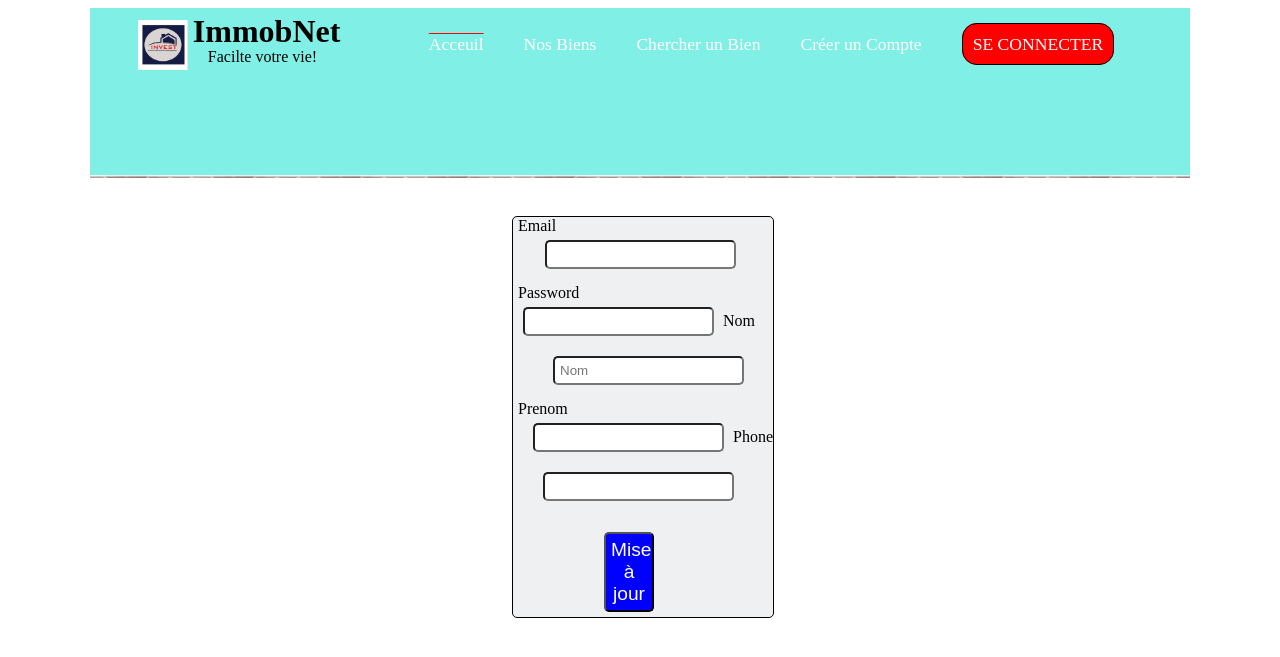
Repository: hassen-mnejja/Real_Estate_Agency_Website
Page: http://localhost/frontoffice/Personnel
An editor plug-in stored every save of this project. The page is shown before and after the next save, followed by the edit.
The browser window is 1280 px wide. The pictures show the whole page.
The page is served by Tomcat 9. Other server files are loaded and not shown.

Above is the page before, as saved 2020-06-26 17:37:14.

### frontoffice/WebContent/WEB-INF/personnel.jsp
<%@ page pageEncoding="UTF-8" %>
<%@ taglib uri="http://java.sun.com/jsp/jstl/core" prefix="c" %>
<!DOCTYPE html>
<html>
    <head>
        <meta charset="utf-8" />
        <link rel="stylesheet" href="style50.css" />
        <title>Acceuil</title>
    </head>
    <body>

         <div id="bloc_page">
        	<header>
        		<div id="logo">
        	    <img src="invest-image.png" title="Avec ImmobNet Trouvez ce que vous conviendrez" >
        	    <h1>ImmobNet</h1>
        	    <p>Facilte votre vie!</p>
        	    </div>
                <nav>
                	<ul>
                		<li><a href="Acceuil" ><span class="acceuil">Acceuil</span></a></li>
                		<li><a href="#">Nos Biens </a>
                		<ul class="down">
                			<li><a href="Image?nombre=2">Maison</a></li>
                			<li><a href="Image?nombre=1">Appartement</a></li>
                			<li><a href="Image?nombre=3">Studio</a></li>
                            <li><a href="Image?nombre=4">Emplacement</a></li>
                        </ul></li>
                		<li><a href="Image"> Chercher un Bien</a></li>

                		<c:choose>
                		<c:when test="${id==0 }">
                		<li ><a href="Image" > Créer un Compte</a></li>

                		<li class="blanc"><a href="User" class="couleur"> SE CONNECTER</a></li>
                		</c:when>

                		<c:otherwise>

                		<li><a href="Visite"> Visiter Mon compte</a></li>
                		 <li class="blanc"><a href="Deconnexion" class="couleur"> SE Déconnecter</a></li>


                		</c:otherwise>
                		</c:choose>


                    </ul>
                </nav>
            </header>


    <form method="post" action="Personnel">

    <span>
     <label for="inputEmail4">Email</label>
 </span>
    <input type="email" class="form-control" id="inputEmail4" name="email" value="${email }" required>


    <label for="inputPassword4">Password</label>
    <input type="password" class="form-control" id="inputPassword4" name="pwd1" value="${pwd1 }" required>
    <label for="inputAddress2">Nom</label>
    <input type="text" class="form-control" id="inputAddress2" placeholder="Nom" name="nom" value="${nom }" required>
    <label for="inputCity">Prenom</label>
    <input type="text" class="form-control" id="inputCity" name="prenom" value="${prenom }" required>
    <label for="inputZip">Phone</label>
    <input type="text" class="form-control" id="inputcity" name="num" value="${numtel}" required><br>
    <p>${message }</p>
    <button type="submit" class="btn btn-primary" style="width:50px">Mise à jour</button>
    </form>
    </div>
    </body>
</html>

### frontoffice/src/com/please/Personnel.java
package com.please;

import java.io.IOException;

import javax.servlet.ServletException;
import javax.servlet.http.HttpServlet;
import javax.servlet.http.HttpServletRequest;
import javax.servlet.http.HttpServletResponse;

import com.stp.Utilisateur;

public class Personnel extends HttpServlet {
	private static final long serialVersionUID = 1L;

	public Personnel() {
		super();

	}

	@Override
	protected void doGet(HttpServletRequest request, HttpServletResponse response) throws ServletException, IOException {
		request.setAttribute("pwd1", Utilisateur.password);
		request.setAttribute("nom", Utilisateur.nom);
		request.setAttribute("prenom", Utilisateur.prenom);
		request.setAttribute("numtel", Utilisateur.numtel);
		request.setAttribute("email", Utilisateur.email);
		request.setAttribute("id", Utilisateur.id);
		request.getRequestDispatcher("/WEB-INF/personnel.jsp").forward(request, response);
	}

	@Override
	protected void doPost(HttpServletRequest request, HttpServletResponse response) throws ServletException, IOException {
		String email = request.getParameter("email");
		String pwd = request.getParameter("pwd1");
		String nom = request.getParameter("nom");
		String prenom = request.getParameter("prenom");
		String tel = request.getParameter("num");
		String message;
		if (email == null && pwd == null && nom == null && prenom == null && tel == null) {
			message = "entrez-vous votre nouveaux coordonnes ";
		} else {
			Utilisateur u = new Utilisateur();
			boolean flag = u.UpdateClient(request);
			if (flag) {
				message = "la mise a jour est valid�";
				Utilisateur.email = request.getParameter("email");
				Utilisateur.password = request.getParameter("pwd1");
				Utilisateur.nom = request.getParameter("nom");
				Utilisateur.numtel = request.getParameter("num");
				// request.setAttribute("message", message);
			} else {
				message = "La mises a jour est echou� !! ";
				// request.setAttribute("message", message);
			}
		}
		request.setAttribute("pwd1", Utilisateur.password);
		request.setAttribute("nom", Utilisateur.nom);
		request.setAttribute("prenom", Utilisateur.prenom);
		request.setAttribute("numtel", Utilisateur.numtel);
		request.setAttribute("email", Utilisateur.email);
		request.setAttribute("message", message);
		request.setAttribute("id", Utilisateur.id);
		request.getRequestDispatcher("/WEB-INF/personnel.jsp").forward(request, response);
	}

}

### frontoffice/src/com/stp/Utilisateur.java
package com.stp;

import java.sql.Connection;
import java.sql.DriverManager;
import java.sql.PreparedStatement;
import java.sql.ResultSet;
import java.sql.SQLException;
import java.sql.Statement;
import java.util.ArrayList;
import java.util.List;

import javax.servlet.http.HttpServletRequest;

public class Utilisateur {
	public static int id;
	public static int bien;
	public static int entrer;
	public static String nom;
	public static String prenom;
	public static String email;
	public static String numtel;
	public static String password;
	public static List<String[]> listefavoris = new ArrayList<String[]>();
	private Connection connexion;
	private Statement st;
	private ResultSet rs;

	private void loadDatabase() {

		try {
			Class.forName("com.mysql.jdbc.Driver");
		} catch (ClassNotFoundException e) {}

		try {
			String url = "jdbc:mysql://localhost:3306/agence?useUnicode=true&useJDBCCompliantTimezoneShift=true&useLegacyDatetimeCode=false&serverTimezone=UTC";

			connexion = DriverManager.getConnection(url, "root", "");
		} catch (SQLException e) {
			e.printStackTrace();
		}
	}

	public int identifiant(HttpServletRequest request) {
		String emaile = request.getParameter("email");
		String passworde = request.getParameter("password");
		loadDatabase();
		try {
			st = connexion.createStatement();
			rs = st.executeQuery("select * from client c where " + "c.email='" + emaile + "'" + " AND c.password='" + passworde + "';");
			if (rs != null) {
				rs.next();
				id = rs.getInt("idclient");
				prenom = rs.getString("prenom");
				nom = rs.getString("nom");
				password = rs.getString("password");
				email = rs.getString("email");
				numtel = rs.getString("numtel");

			} else
				id = 0;
		} catch (SQLException e) {
			e.printStackTrace();
		} finally {
			// Fermeture de la connexion
			try {
				if (rs != null)
					rs.close();
				if (st != null)
					st.close();
				if (connexion != null)
					connexion.close();
				/*
				 * if (st1 != null) st.close();
				 */
			} catch (SQLException ignore) {
				ignore.printStackTrace();
			}

		}
		return id;
	}

	public void addClient(HttpServletRequest request) {
		loadDatabase();

		try {
			PreparedStatement ps = connexion.prepareStatement("insert into client(nom,prenom,password,email,numtel) values(?,?,?,?,?)");
			/* ps.setString(1,null); */
			String email = request.getParameter("email");
			String pwd1 = request.getParameter("pwd1");
			String nom = request.getParameter("nom");
			String prenom = request.getParameter("prenom");
			String tel = request.getParameter("num");
			this.prenom = prenom;
			this.email = email;
			this.password = pwd1;
			this.nom = nom;
			this.numtel = tel;
			ps.setString(1, nom);
			ps.setString(2, prenom);
			ps.setString(3, pwd1);
			ps.setString(4, email);
			ps.setString(5, tel);
			ps.executeUpdate();
		} catch (SQLException e) {

			e.printStackTrace();

		}
	}

	public int dernierligne() {
		loadDatabase();
		int i = 0;
		try {
			st = connexion.createStatement();
			rs = st.executeQuery("select * from client ;");

			while (rs.next())
				i = i + 1;
		} catch (SQLException e) {
			e.printStackTrace();
		}

		return i;
	}

	public boolean UpdateClient(HttpServletRequest request) {
		loadDatabase();
		boolean flag = false;
		String sql = "update client set password=?,numtel=?,nom=?,prenom=?,email=? where idclient=?";
		try {
			PreparedStatement ps = connexion.prepareStatement(sql);

			ps.setString(1, request.getParameter("pwd1"));
			ps.setString(2, request.getParameter("num"));
			ps.setString(3, request.getParameter("nom"));
			ps.setString(4, request.getParameter("prenom"));
			ps.setString(5, request.getParameter("email"));
			ps.setInt(6, id);
			if (ps.executeUpdate() > 0) {
				flag = true;

			}
			ps.close();
		} catch (SQLException e) {
			// TODO: handle exception
			e.printStackTrace();
		}
		return flag;

	}
}

### frontoffice/WebContent/style50.css
@CHARSET "ISO-8859-1";
#bloc_page
{
    width: 1100px;
    margin: auto;
   /*background-color:#80F0E6;*/
}
header
{
   display:flex;
   justify-content: space-around;
   background-color:#E4DEDD;
   /*#80F0E6
   background-color:#E4DEDD;*/
   height:170px;
   background: url('separateur.png') repeat-x bottom #80F0E6;
}
.acceuil
{
	text-decoration:overline red ;
}
/*navigation*/
nav ul
{
	display:flex;
	list-style: none;
}
nav ul a
{
	text-decoration:none;
	color:white;
	margin-right:40px;
	font-size: 1.1em;

}
.down
{
	display:none;
   /* margin-right:500px;*/
    padding: 0px;


}
.down a
{
	font-size: 0.9em;
}
a:hover
{
	color:red;
}
nav ul li:hover .down
{
	display:flex;
	flex-direction:column;
	margin-right:-30px;
}
#logo
{
	display:flex;
}
#logo img
{

	width:50px;
	height:50px;
	margin-top: 12px;
	margin-left: 12px;
}
#logo h1
{
	width:25px;
	margin-top:5px;
	margin-left:5px;

}
#logo p
{
	margin-top:40px;
	margin-left:-10px;
}
nav ul li
{
	margin-top:10px;
}

.essai
{
	/*width:70px;*/
	background-color:blue;
	margin-top:-20px;
}
.essai h1
{
	position:relative;
	top:50%;
	left:47%;
	color:white;
	font-size:1em;
}
/*.bordure
{
	border:1px black solid;
	padding:10px;
	border-radius: 15px 15px;
	background-color:red;
	<li><a href="#" class="bordure">Publier Une Annonce</a></li>
}*/
.couleur
{
	border:1px black solid;
	padding:10px;
	border-radius: 15px 15px;
	background-color:red;*/
	color:white;
	/*font-size:1em;*/

}
/*.blancc
{
	margin-top:20px;
}*/
.blancc a:hover{
	color: white;
}
.blanc a:hover{
	color: white;
}

article a:hover div
{
	opacity:1;
}
#conteneur
{
   margin-right:190px;
}

/*footer*/
#final
{
	background-color: #80F0D1;
}
footer
{
	display:flex;
	justify-content: space-around;
	height:250px;
	background: url('separateur.png') repeat-x top;

}
footer ul
{
	list-style: none;
	display:flex;
	flex-direction: column;
}
footer ul li
{
    margin-top: 20px;
    margin-right: 100px;
}
footer ul a
{
	text-decoration:none;
	color:white;

}
.element2 img
{
	width:20px;
	height: 20px;
	margin-right: 10px;
	margin-top: 100px;
}
.element1
{
	display:flex;
	flex-direction:column;

}
.element1 img
{
	width:100px;
	height: 100px;
	margin-left: 20px;

}
.element1 h1
{
    color:white;
   font-size: 1.3em;
   margin-left: 20px;
}
form
{
	width:260px;
	background-color: #eff0f1;
	border:1px solid black;
	border-radius: 5px;
	position:absolute;
	top:30%;
	left:40%;
}

.form-control
{
    margin-bottom:15px;
	margin-left:10px;
	border-radius:5px;
	padding:5px;
	margin-top:5px;


}
label
{

	margin-left:5px;
	font-style: bold;


}

button
{
	padding: 5px;
	position: relative;
	left: 35%;
	background-color:blue;
	border-radius: 5px;
	width:100px;
	margin-bottom: 5px;
	color: white;
	font-size: 1.2em;
	font-style: bold;
	cursor: pointer;
}
#inputEmail4
{margin-left: 32px;}
#inputAddress2
{margin-left: 40px;}
#inputcity
{margin-left: 30px;}
#inputCity
{margin-left: 20px;}
#inputCity1
{margin-left: 5px;}

After the next save:
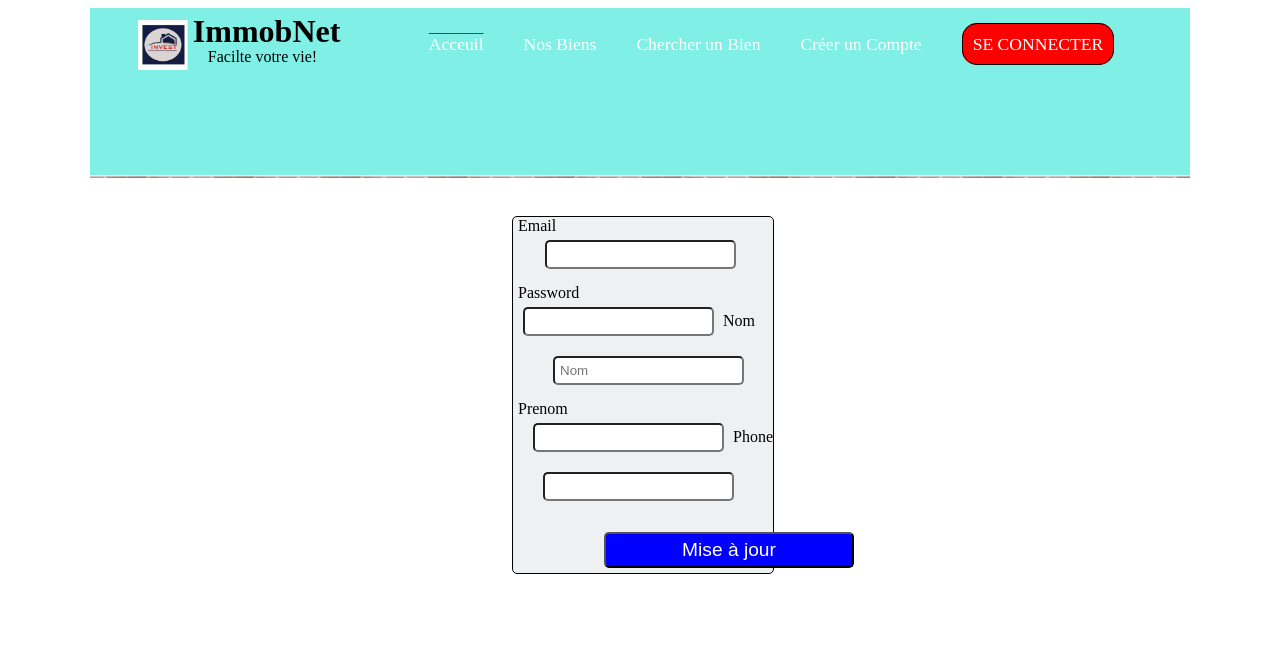
Saved 13 s later.
--- a/frontoffice/WebContent/WEB-INF/personnel.jsp
+++ b/frontoffice/WebContent/WEB-INF/personnel.jsp
@@ -67,7 +67,7 @@
     <label for="inputZip">Phone</label>
     <input type="text" class="form-control" id="inputcity" name="num" value="${numtel}" required><br>
     <p>${message }</p>
-    <button type="submit" class="btn btn-primary" style="width:50px">Mise à jour</button>
+    <button type="submit" class="btn btn-primary" style="width:250px">Mise à jour</button>
     </form>
     </div>
     </body>
